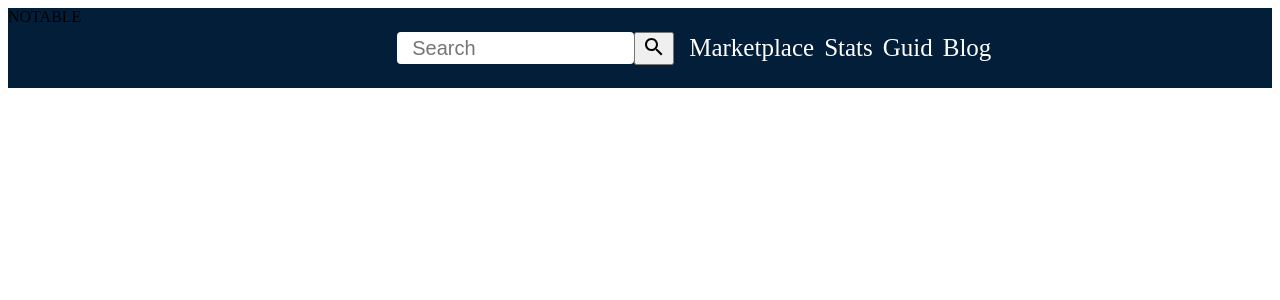
Repository: cvsschaitanya/test
Page: /
These files come from the project's save history. The page is drawn as it stood at one moment and after a run of saves; the edit follows.
The browser window is 1280 px wide. The pictures show the whole page.
The project was rebuilt for these pictures with package versions that can differ from the ones it lists, and the page was loaded fresh each time.

Above is the page before, as saved 2021-10-20 23:25:12.

After the next 6 saves:
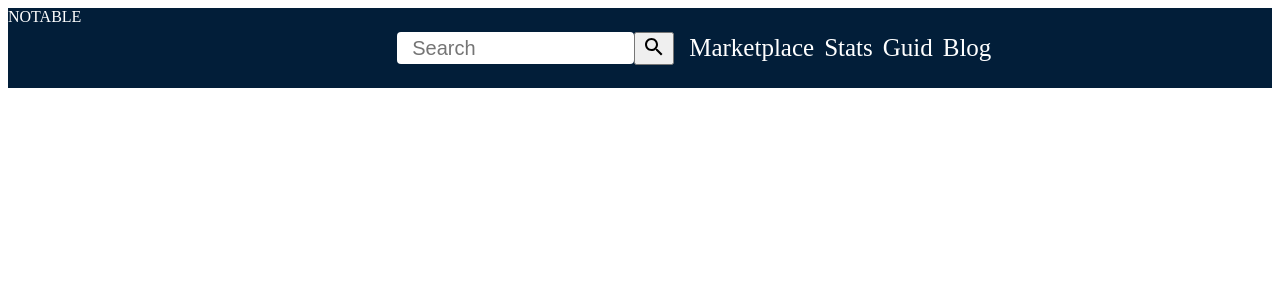
The 6 saves are shown as one change because they came seconds apart.
The last was saved 63 s later.
--- a/src/components/NavBar.css
+++ b/src/components/NavBar.css
@@ -9,6 +9,10 @@
     height: 80px;
     position: relative;
     display:flex;
+}
+
+.NavBar .Home{
+    color: white;
 }
 
 .NavBar .Left{
